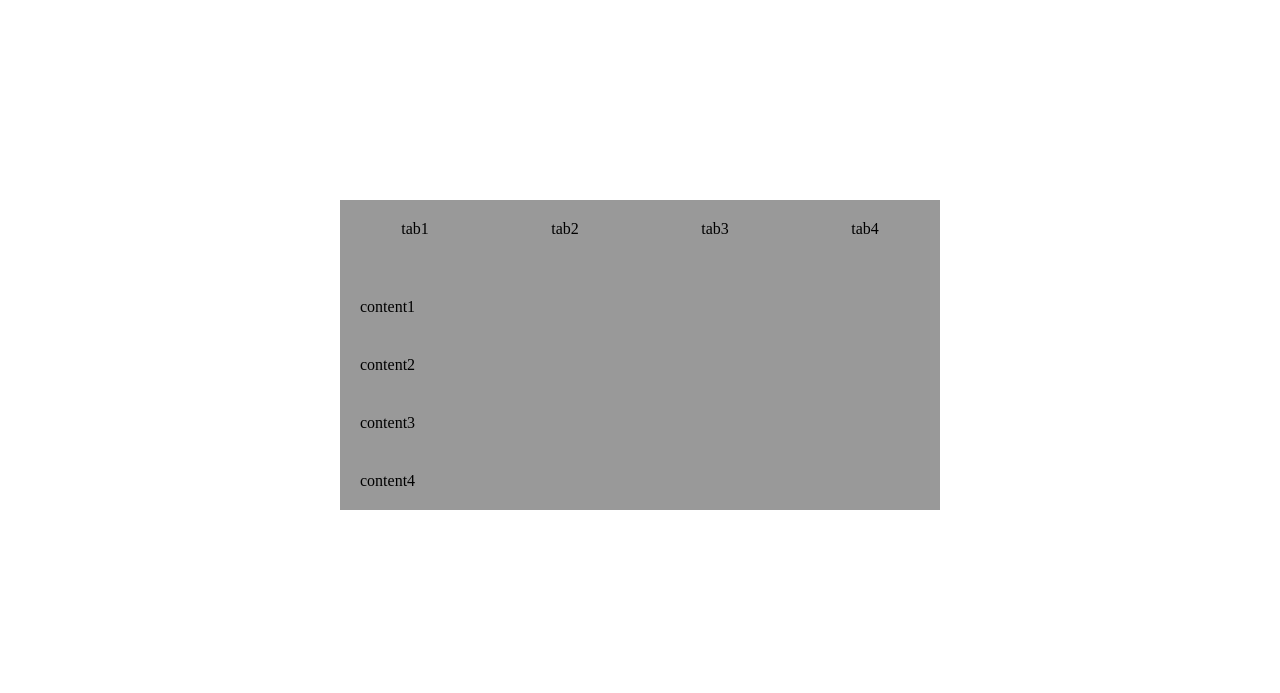
Repository: PCTai/javascript-coban
Page: tab UI/index.html
These files come from the project's save history. The page is drawn as it stood at one moment and after the next save; the edit follows.
The browser window is 1280 px wide. The pictures show the whole page.

Above is the page before, as saved 2022-02-09 16:50:15.

After the next save:
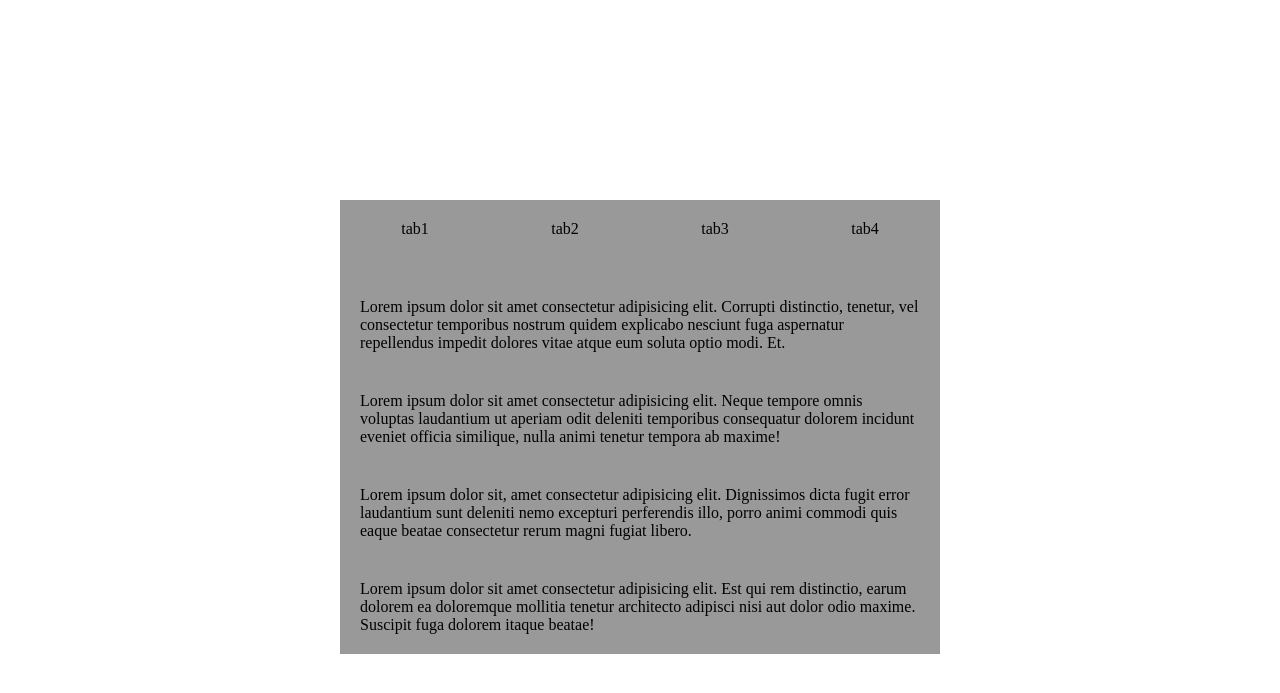
Saved 43 s later.
--- a/tab UI/index.html
+++ b/tab UI/index.html
@@ -17,10 +17,10 @@
             <div class="tab-line"></div>
         </div>
         <div class="box">
-            <div class="box-item">content1</div>
-            <div class="box-item">content2</div>
-            <div class="box-item">content3</div>
-            <div class="box-item">content4</div>
+            <div class="box-item">Lorem ipsum dolor sit amet consectetur adipisicing elit. Corrupti distinctio, tenetur, vel consectetur temporibus nostrum quidem explicabo nesciunt fuga aspernatur repellendus impedit dolores vitae atque eum soluta optio modi. Et.</div>
+            <div class="box-item">Lorem ipsum dolor sit amet consectetur adipisicing elit. Neque tempore omnis voluptas laudantium ut aperiam odit deleniti temporibus consequatur dolorem incidunt eveniet officia similique, nulla animi tenetur tempora ab maxime!</div>
+            <div class="box-item">Lorem ipsum dolor sit, amet consectetur adipisicing elit. Dignissimos dicta fugit error laudantium sunt deleniti nemo excepturi perferendis illo, porro animi commodi quis eaque beatae consectetur rerum magni fugiat libero.</div>
+            <div class="box-item">Lorem ipsum dolor sit amet consectetur adipisicing elit. Est qui rem distinctio, earum dolorem ea doloremque mollitia tenetur architecto adipisci nisi aut dolor odio maxime. Suscipit fuga dolorem itaque beatae!</div>
         </div>
 
     </div>
